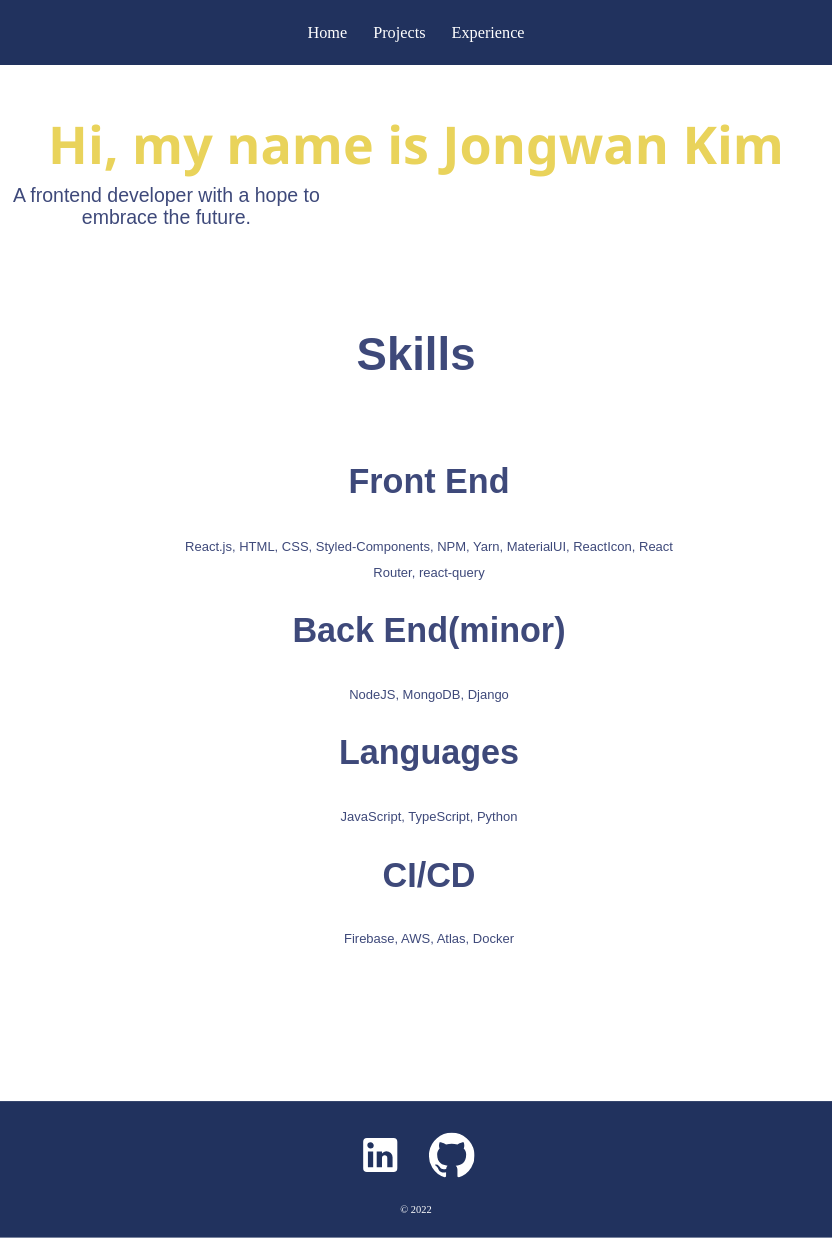
Repository: mireu-san/jw-personal-page
Page: /
These files come from the project's save history. The page is drawn as it stood at one moment and after the next save; the edit follows.
The browser window is 1280 px wide. The pictures show the whole page, at 65% of full size.
The project was rebuilt for these pictures with package versions that can differ from the ones it lists, and the page was loaded fresh each time. Also part of the build but not shown: src/pages/Experience.js, src/pages/Projects.js.

Above is the page before, as saved 2022-11-09 17:22:19.

After the next save:
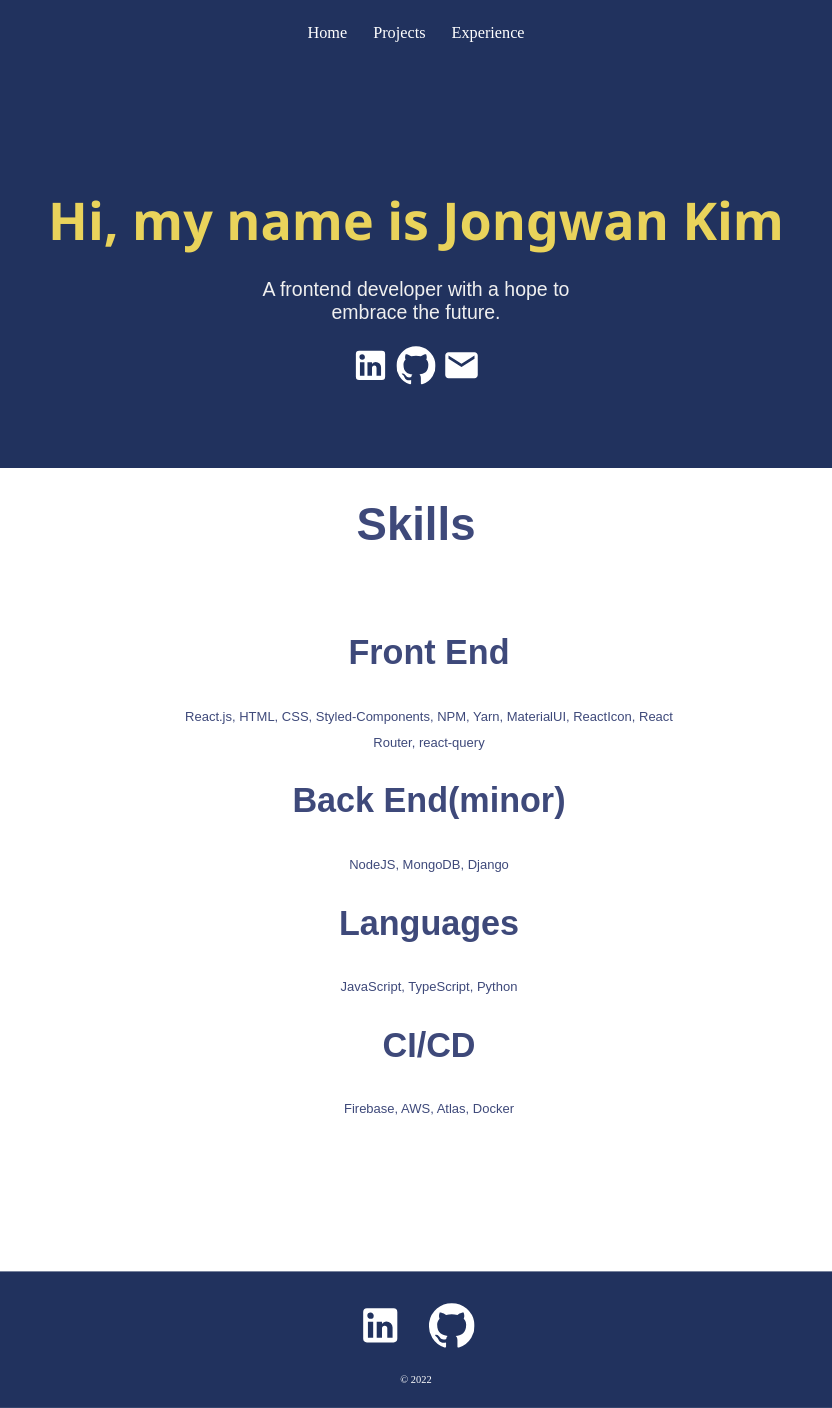
Saved 2 s later.
--- a/src/styles/Home.css
+++ b/src/styles/Home.css
@@ -5,7 +5,7 @@
   color: #3e497a;
 }
 
-/* .about {
+.about {
   width: 100%;
   height: calc(100vh - 100px);
   display: flex;
@@ -15,7 +15,7 @@
   text-align: center;
   background-color: #21325e;
   color: #f0f0f0;
-} */
+}
 
 .about h2 {
   font-family: "Segoe UI", Tahoma, Geneva, Verdana, sans-serif;
